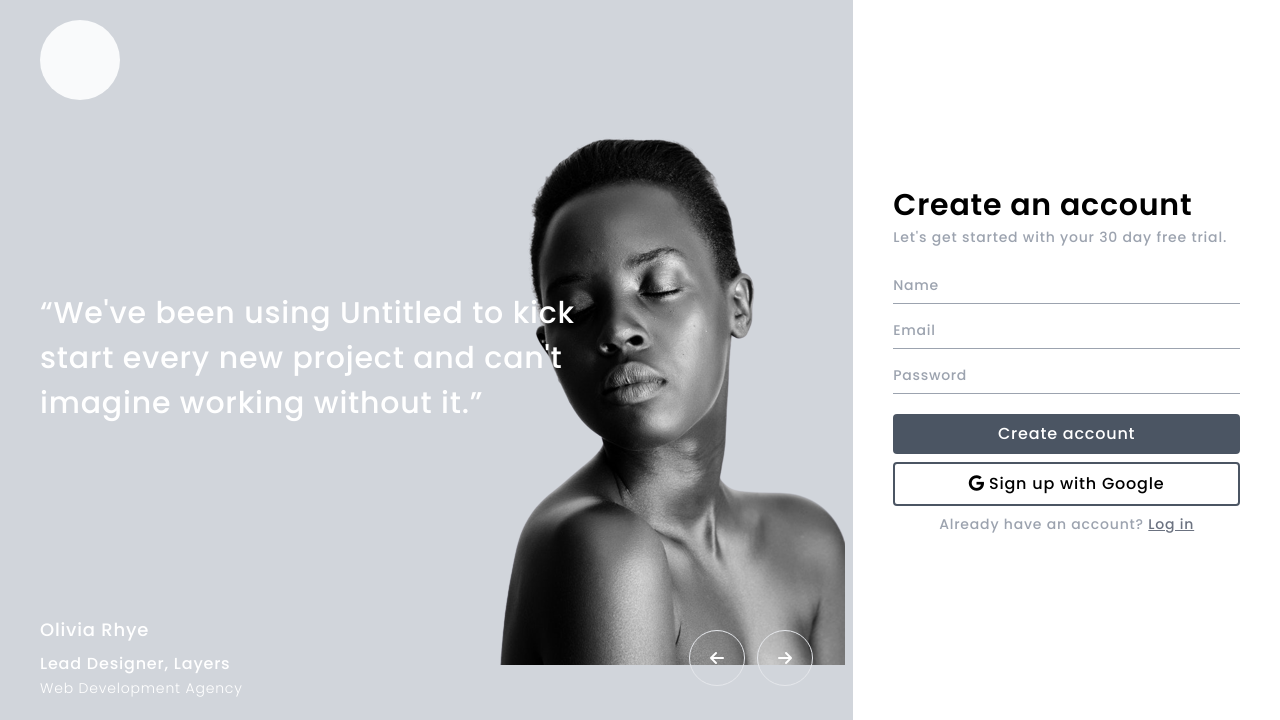
Repository: debthebuilder/youtube-html-contact-form-tailwindcss
Page: contact.html
An editor plug-in stored every save of this project. The page is shown before and after the next save, followed by the edit.
The browser window is 1280 px wide. The pictures show the whole page.
Some web libraries are served in a nearby version.

Above is the page before, as saved 2022-08-03 06:41:32.

After the next save:
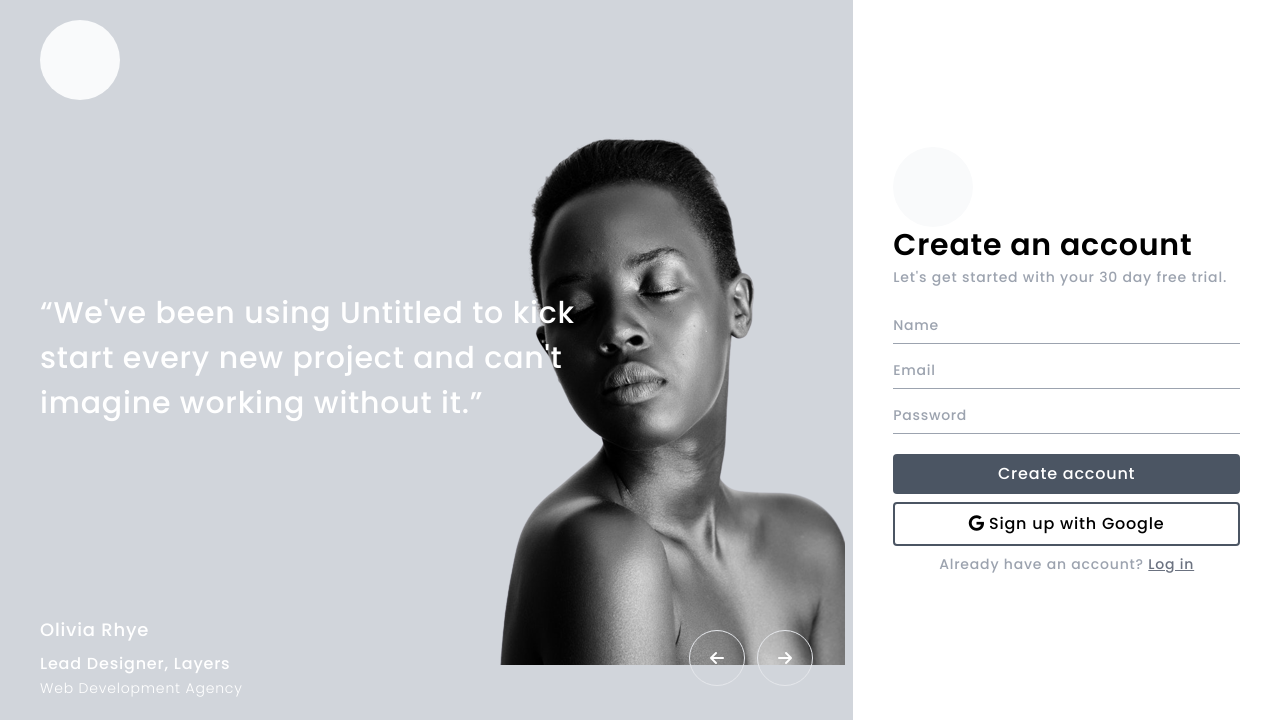
Saved 9 min 28 s later.
--- a/contact.html
+++ b/contact.html
@@ -39,6 +39,9 @@
         </div>
         <!--Form-->
         <div class="w-full md:w-2/6 px-3 md:px-10 flex flex-col justify-center">
+            <a href="#" class="block">
+                <div class="w-20 h-20 bg-gray-50 rounded-full"></div>
+            </a>
             <h2 class="text-2xl lg:text-3xl font-semibold">Create an account</h2>
             <span class="text-xs md:text-sm text-gray-400 mt-1">Let's get started with your 30 day free trial.</span>
             <form class="mt-5">
